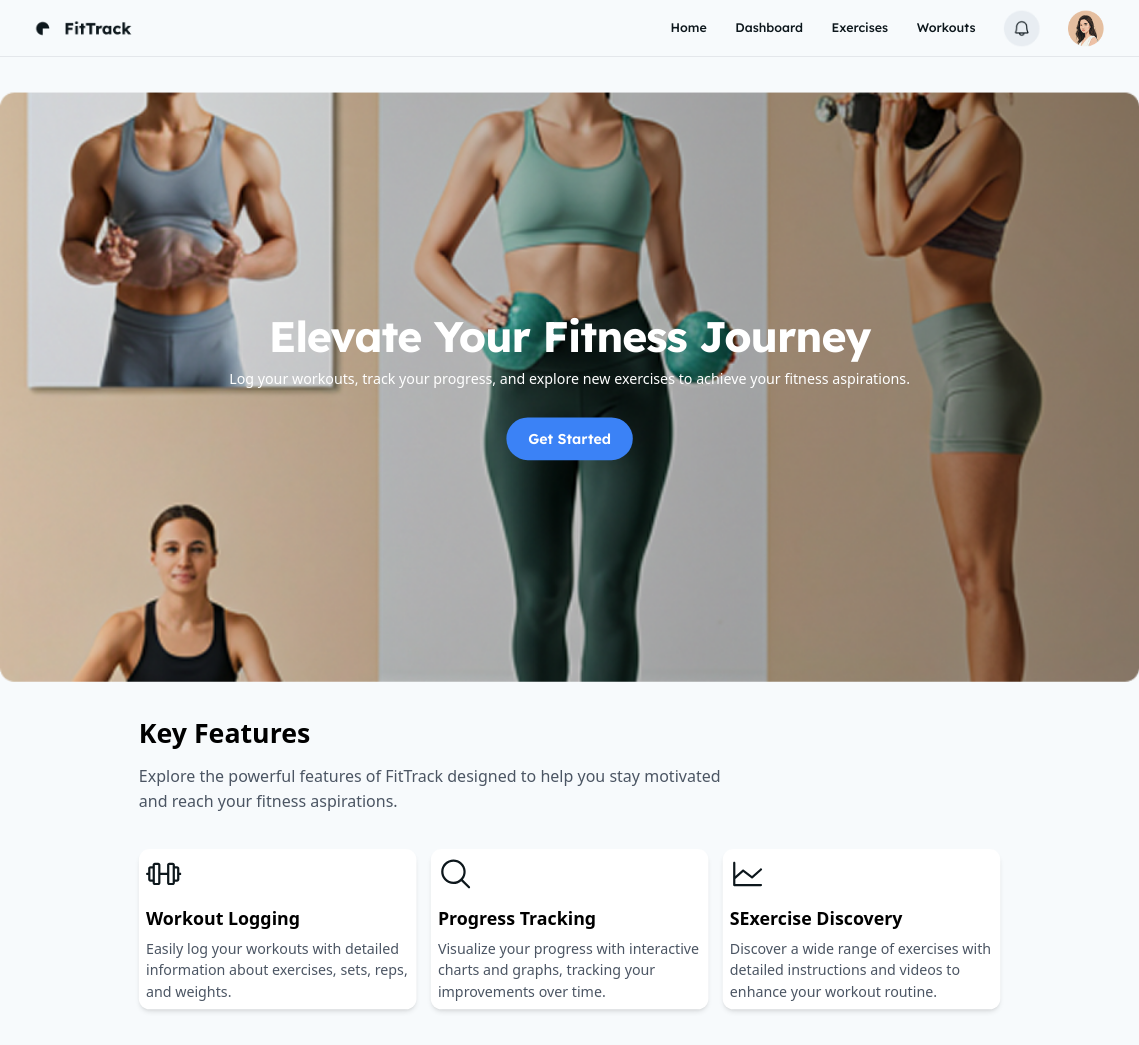
Repository: Emy-gold/fitness-tracking-platform
Page: /
The author's editor kept a copy of each file at every save. The page is drawn from the files as they stood at one save, then again after the next save.
The browser window is 1280 px wide. The pictures show the whole page, at 89% of full size.
The project was rebuilt for these pictures with package versions that can differ from the ones it lists, and the page was loaded fresh each time. Also part of the build but not shown: vite.config.js, src/Pages/Dashboard.jsx, src/Pages/Exercises.jsx, src/Pages/Workouts.jsx, src/components/Footer.jsx.

Above is the page before, as saved 2025-08-26 23:42:46.

After the next save:
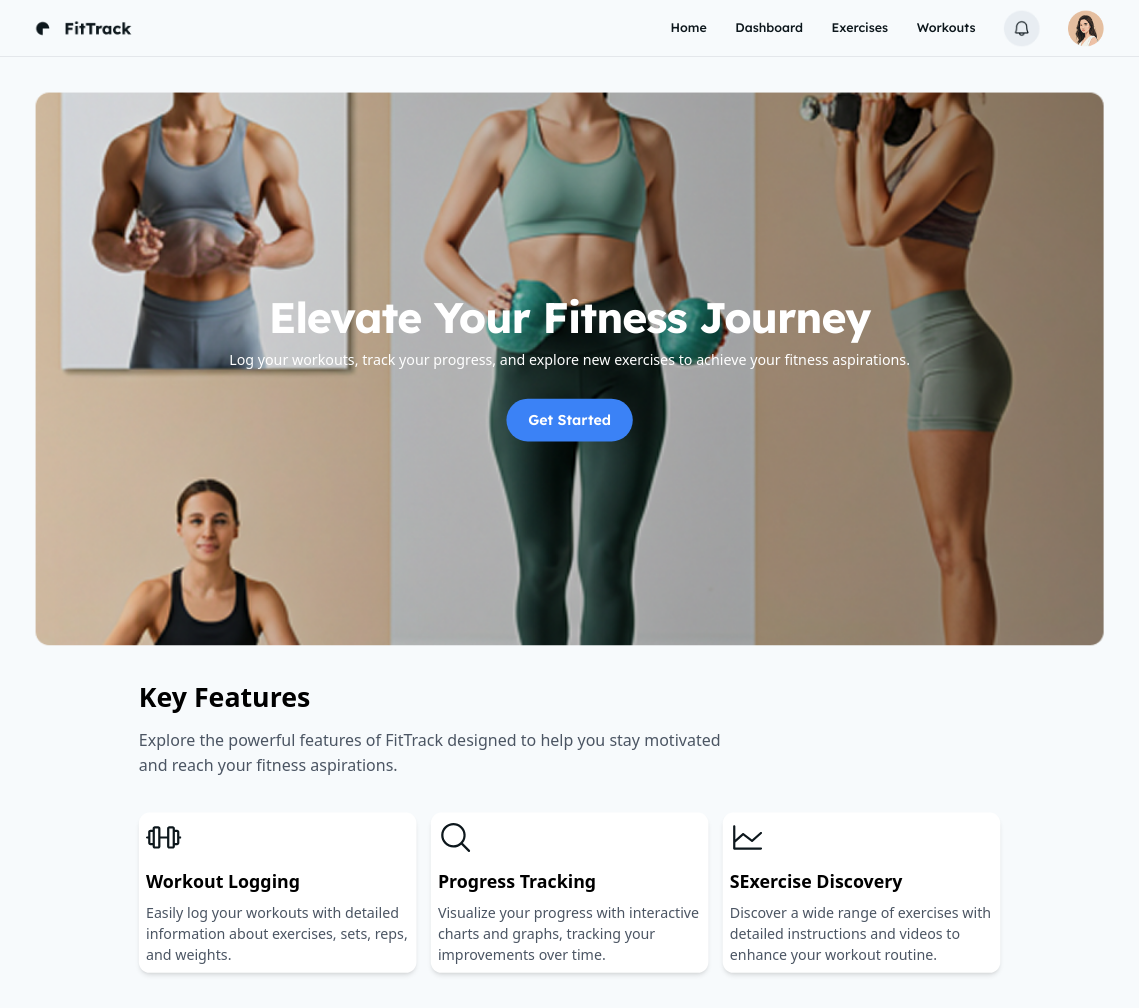
Saved 13 s later.
--- a/src/Pages/Home.jsx
+++ b/src/Pages/Home.jsx
@@ -17,7 +17,7 @@ function Home() {
             <main className='flex flex-col justify-center items-center'>
 
                 <section className='my-10 relative flex justify-center'>
-                    <img src={homepic} className="mb:w-[980px] lg:w-[1300px]" />
+                    <img src={homepic} className="mb:w-[980px] lg:w-[1200px]" />
                     <div className="absolute inset-0 flex flex-col justify-center text-center text-white">
                         <h1 className='text-5xl font-lexend font-bold mb-3 tracking-tight '>Elevate Your Fitness Journey</h1>
                         <p className=''>Log your workouts, track your progress, and explore new exercises to achieve your fitness aspirations.</p>
